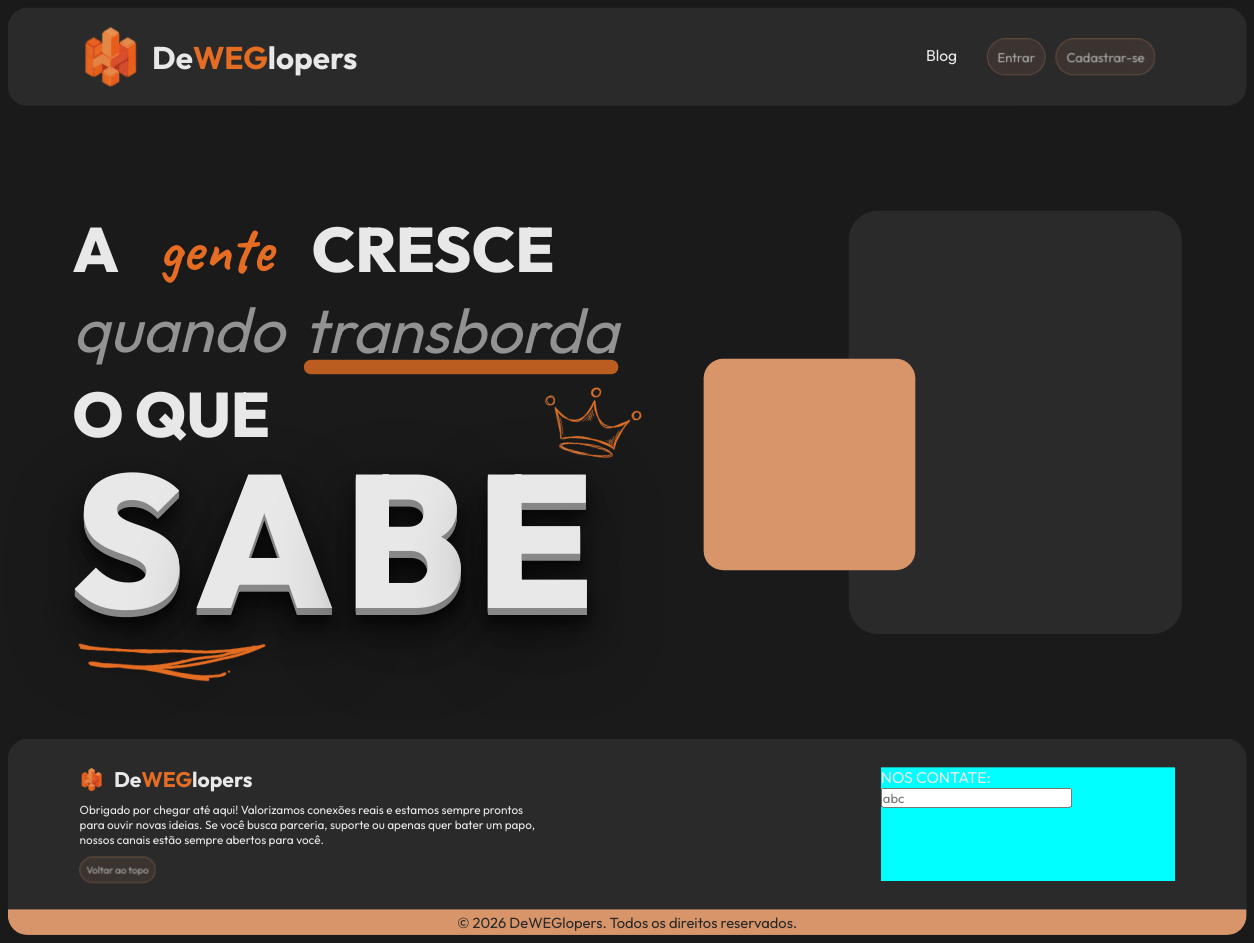
Repository: Pedro-Schulz/Projeto_Liandro
Page: Projeto_Liandro-main/index.html
The author's editor kept a copy of each file at every save. The page is drawn from the files as they stood at one save, then again after a run of saves.
The browser window is 1280 px wide. The pictures show the whole page, at 98% of full size.

Above is the page before, as saved 2026-05-20 18:20:08.

After the next 3 saves:
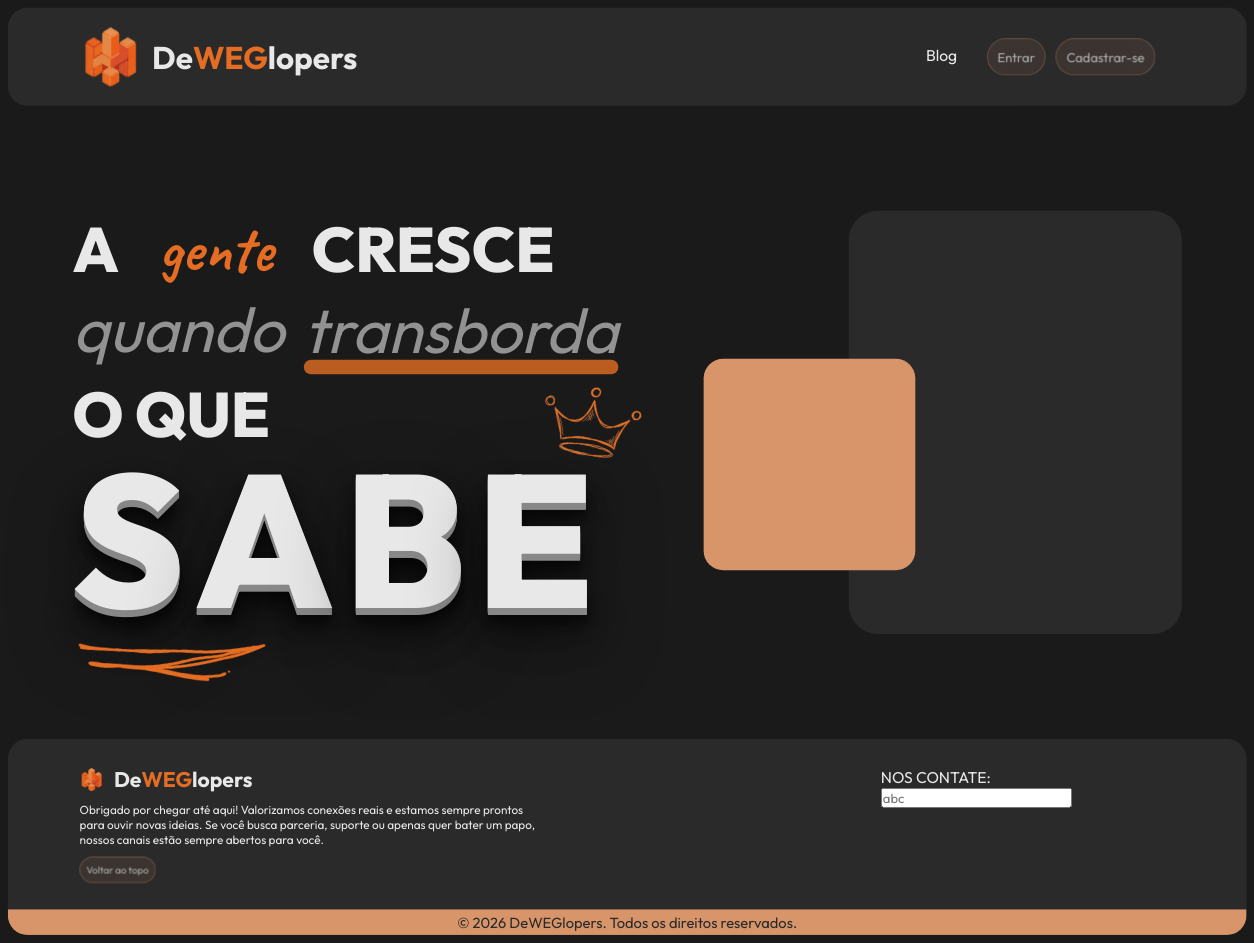
The 3 saves are shown as one change because they came seconds apart.
The last was saved 46 s later.
--- a/Projeto_Liandro-main/assets/styles/style.css
+++ b/Projeto_Liandro-main/assets/styles/style.css
@@ -319,7 +319,7 @@ footer p {
     font-size: 12px;
 }
 footer .contato {
-    background-color: aqua;
+    background-color: var(--bg-secondary);
     height: 75%;
     width: 300px;
 }
